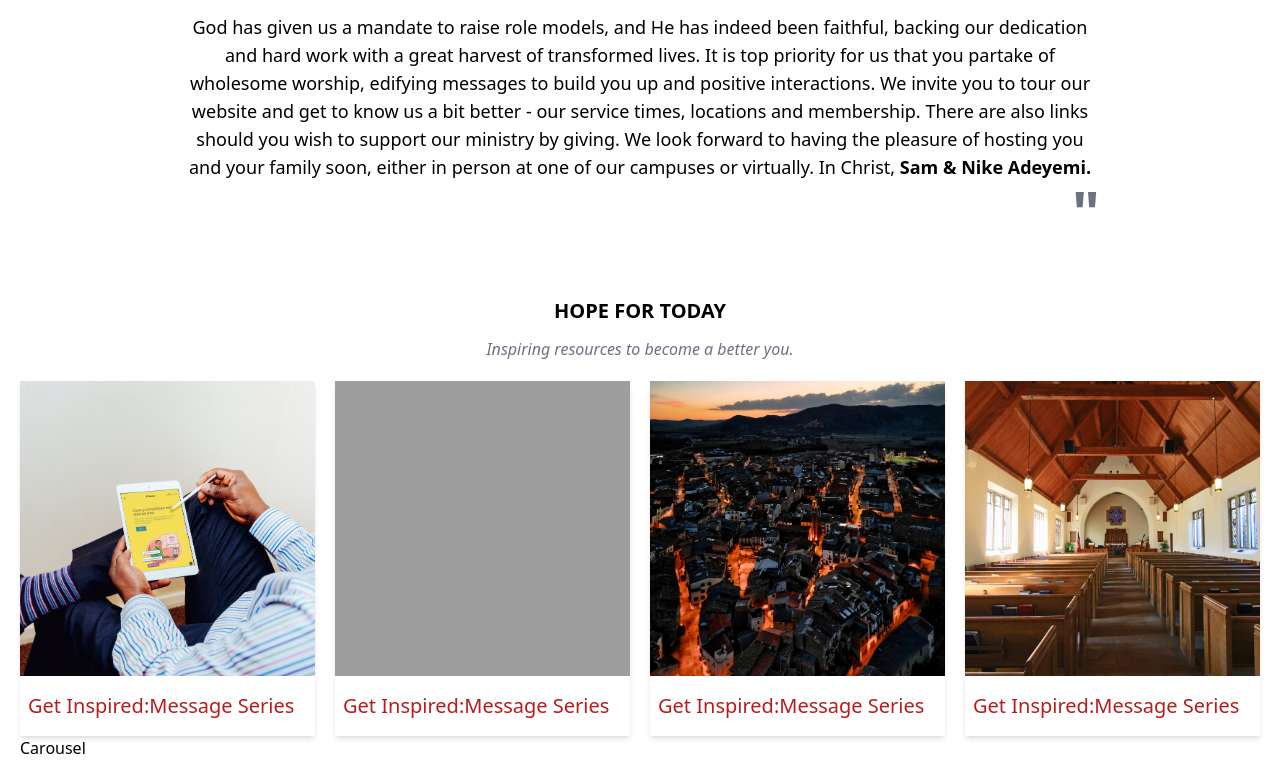
Repository: hisreal123/godschamber
Page: /
These files come from the project's save history. The page is drawn as it stood at one moment and after a run of saves; the edit follows.
The browser window is 1280 px wide. The pictures show the part of the page from y = 879 to 1831 px (the page is 1639 px tall before and 1831 px after).
Pictures or frames that could not be fetched are drawn as grey boxes. The project was rebuilt for these pictures with package versions that can differ from the ones it lists, and the page was loaded fresh each time. The framework's server and built-in components were replaced by stand-ins that run in the browser. Also part of the build but not shown: next.config.js.

Above is the page before, as saved 2023-03-25 07:22:16.

After the next 3 saves:
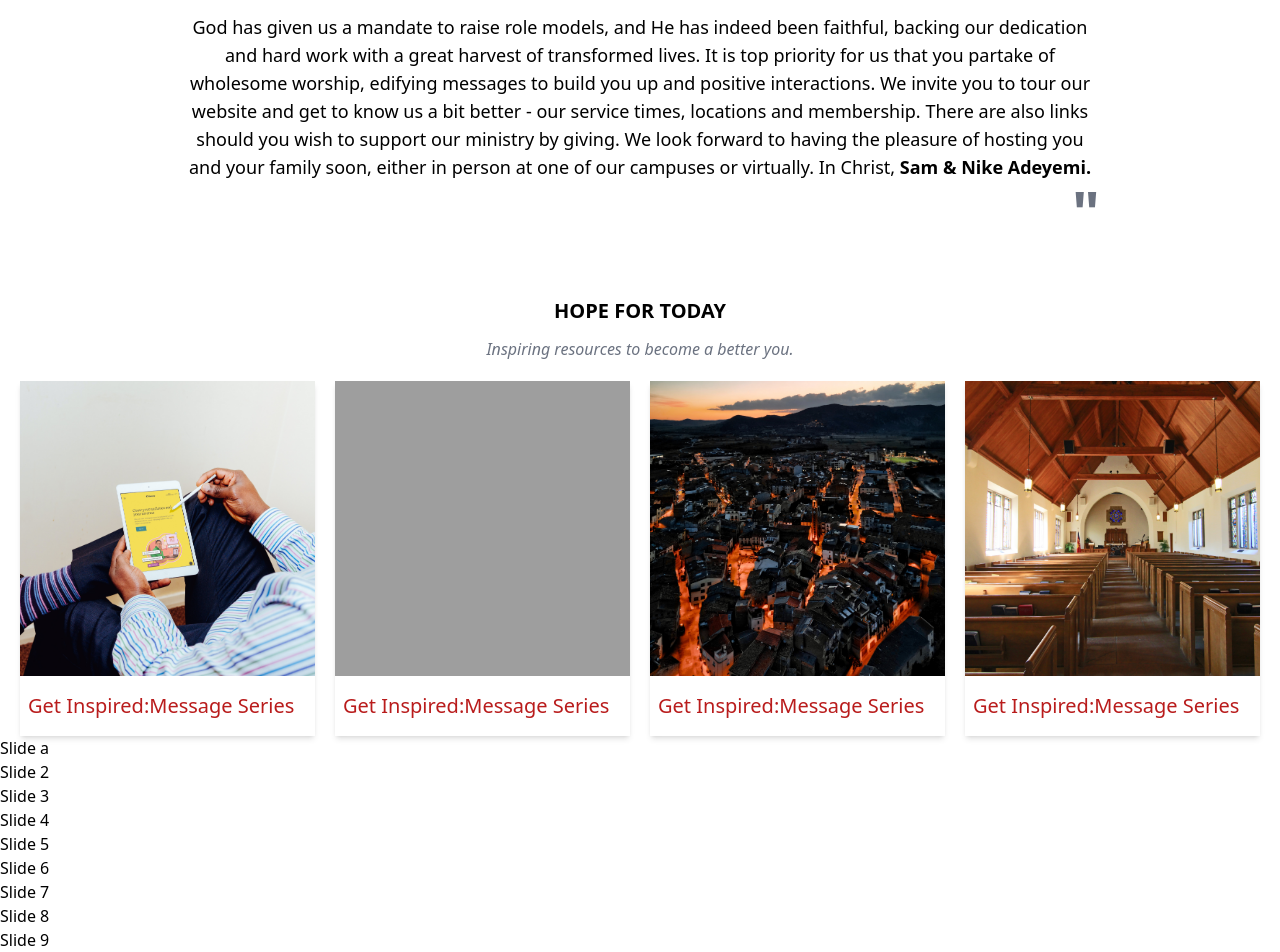
The 3 saves are shown as one change because 1 did not build or start and some came seconds apart.
The last was saved 28 h 1 min later.
--- a/src/app/components/Carousel/Carousel.tsx
+++ b/src/app/components/Carousel/Carousel.tsx
@@ -2,13 +2,22 @@ import { motion as m } from 'framer-motion'
 import React from 'react'
 import { BannerPlace } from '../animation/animations'
 
+import { Swiper, SwiperSlide } from "swiper/react";
 
 export default function Carousel() {
     return (
         <>
-            <div className='Container px-5'>
-                <m.h1 variants={BannerPlace} > Carousel</m.h1>
-            </div>
+            <Swiper className="mySwiper">
+                <SwiperSlide>Slide a</SwiperSlide>
+                <SwiperSlide>Slide 2</SwiperSlide>
+                <SwiperSlide>Slide 3</SwiperSlide>
+                <SwiperSlide>Slide 4</SwiperSlide>
+                <SwiperSlide>Slide 5</SwiperSlide>
+                <SwiperSlide>Slide 6</SwiperSlide>
+                <SwiperSlide>Slide 7</SwiperSlide>
+                <SwiperSlide>Slide 8</SwiperSlide>
+                <SwiperSlide>Slide 9</SwiperSlide>
+            </Swiper>
         </>
     )
 }
